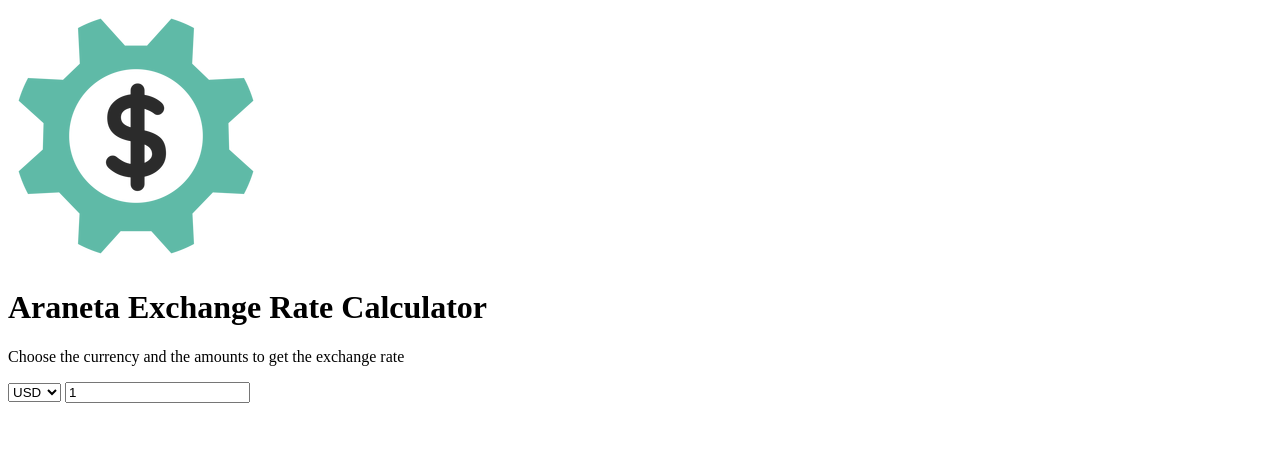
Repository: kenneth1175/ExchangeRateCalculator
Page: index.html
The author's editor kept a copy of each file at every save. The page is drawn from the files as they stood at one save, then again after the next save.
The browser window is 1280 px wide. The pictures show the whole page.

Above is the page before, as saved 2025-10-03 19:03:13.

### index.html
<!DOCTYPE html>
<html lang="en">
  <head>
    <meta charset="UTF-8" />
    <meta name="viewport" content="width=device-width, initial-scale=1.0" />
    <title>Araneta Exchange Rate Calculator</title>
    <link rel="stylesheet" href="style.css" />
  </head>
  <body>
    <img src="./img/money.png" alt="logo" class="money-img" />
    <h1>Araneta Exchange Rate Calculator</h1>
    <p>Choose the currency and the amounts to get the exchange rate</p>

    <div class="container">
      <div class="currency">
        <select id="currency-one">
          <option value="AED">AED</option>
          <option value="ARS">ARS</option>
          <option value="AUD">AUD</option>
          <option value="BGN">BGN</option>
          <option value="BRL">BRL</option>
          <option value="BSD">BSD</option>
          <option value="CAD">CAD</option>
          <option value="CHF">CHF</option>
          <option value="CLP">CLP</option>
          <option value="CNY">CNY</option>
          <option value="COP">COP</option>
          <option value="CZK">CZK</option>
          <option value="DKK">DKK</option>
          <option value="DOP">DOP</option>
          <option value="EGP">EGP</option>
          <option value="EUR">EUR</option>
          <option value="FJD">FJD</option>
          <option value="GBP">GBP</option>
          <option value="GTQ">GTQ</option>
          <option value="HKD">HKD</option>
          <option value="HRK">HRK</option>
          <option value="HUF">HUF</option>
          <option value="IDR">IDR</option>
          <option value="ILS">ILS</option>
          <option value="INR">INR</option>
          <option value="ISK">ISK</option>
          <option value="JPY">JPY</option>
          <option value="KRW">KRW</option>
          <option value="KZT">KZT</option>
          <option value="MXN">MXN</option>
          <option value="MYR">MYR</option>
          <option value="NOK">NOK</option>
          <option value="NZD">NZD</option>
          <option value="PAB">PAB</option>
          <option value="PEN">PEN</option>
          <option value="PHP">PHP</option>
          <option value="PKR">PKR</option>
          <option value="PLN">PLN</option>
          <option value="PYG">PYG</option>
          <option value="RON">RON</option>
          <option value="RUB">RUB</option>
          <option value="SAR">SAR</option>
          <option value="SEK">SEK</option>
          <option value="SGD">SGD</option>
          <option value="THB">THB</option>
          <option value="TRY">TRY</option>
          <option value="TWD">TWD</option>
          <option value="UAH">UAH</option>
          <option value="USD" selected>USD</option>
          <option value="UYU">UYU</option>
          <option value="VND">VND</option>
          <option value="ZAR">ZAR</option>
        </select>
        <input type="number" id="amount-one" placeholder="0" value="1" />
      </div>
    </div>
    <script src="script.js"></script>
  </body>
</html>

Loaded but not shown: style.css (no stored copy; drawn as an empty file); script.js (no stored copy; drawn as an empty file)

After the next save:
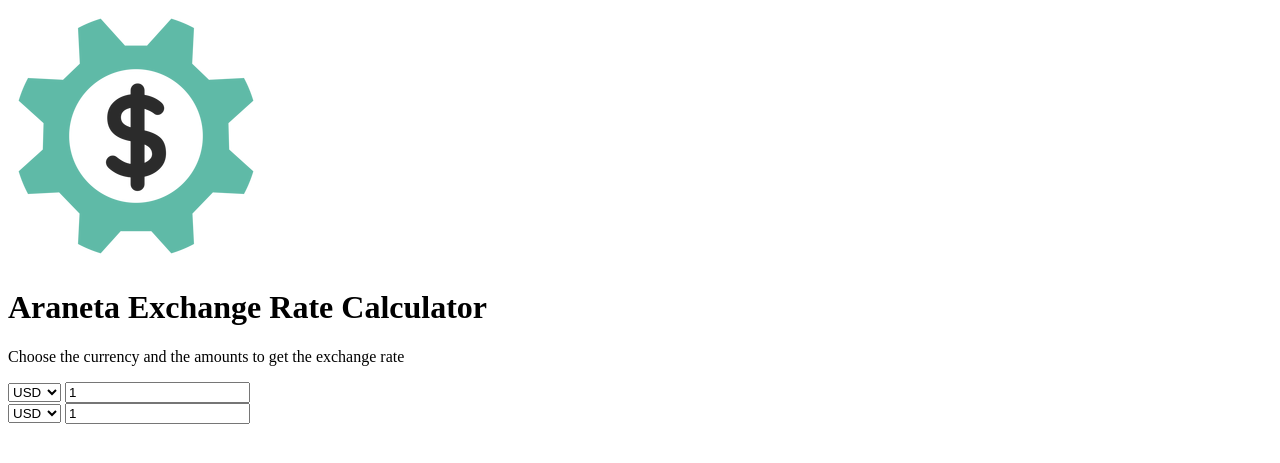
Saved 113 s later.
--- a/index.html
+++ b/index.html
@@ -69,6 +69,64 @@
         </select>
         <input type="number" id="amount-one" placeholder="0" value="1" />
       </div>
+
+      <div class="currency">
+        <select id="currency-one">
+          <option value="AED">AED</option>
+          <option value="ARS">ARS</option>
+          <option value="AUD">AUD</option>
+          <option value="BGN">BGN</option>
+          <option value="BRL">BRL</option>
+          <option value="BSD">BSD</option>
+          <option value="CAD">CAD</option>
+          <option value="CHF">CHF</option>
+          <option value="CLP">CLP</option>
+          <option value="CNY">CNY</option>
+          <option value="COP">COP</option>
+          <option value="CZK">CZK</option>
+          <option value="DKK">DKK</option>
+          <option value="DOP">DOP</option>
+          <option value="EGP">EGP</option>
+          <option value="EUR">EUR</option>
+          <option value="FJD">FJD</option>
+          <option value="GBP">GBP</option>
+          <option value="GTQ">GTQ</option>
+          <option value="HKD">HKD</option>
+          <option value="HRK">HRK</option>
+          <option value="HUF">HUF</option>
+          <option value="IDR">IDR</option>
+          <option value="ILS">ILS</option>
+          <option value="INR">INR</option>
+          <option value="ISK">ISK</option>
+          <option value="JPY">JPY</option>
+          <option value="KRW">KRW</option>
+          <option value="KZT">KZT</option>
+          <option value="MXN">MXN</option>
+          <option value="MYR">MYR</option>
+          <option value="NOK">NOK</option>
+          <option value="NZD">NZD</option>
+          <option value="PAB">PAB</option>
+          <option value="PEN">PEN</option>
+          <option value="PHP">PHP</option>
+          <option value="PKR">PKR</option>
+          <option value="PLN">PLN</option>
+          <option value="PYG">PYG</option>
+          <option value="RON">RON</option>
+          <option value="RUB">RUB</option>
+          <option value="SAR">SAR</option>
+          <option value="SEK">SEK</option>
+          <option value="SGD">SGD</option>
+          <option value="THB">THB</option>
+          <option value="TRY">TRY</option>
+          <option value="TWD">TWD</option>
+          <option value="UAH">UAH</option>
+          <option value="USD" selected>USD</option>
+          <option value="UYU">UYU</option>
+          <option value="VND">VND</option>
+          <option value="ZAR">ZAR</option>
+        </select>
+        <input type="number" id="amount-one" placeholder="0" value="1" />
+      </div>
     </div>
     <script src="script.js"></script>
   </body>
